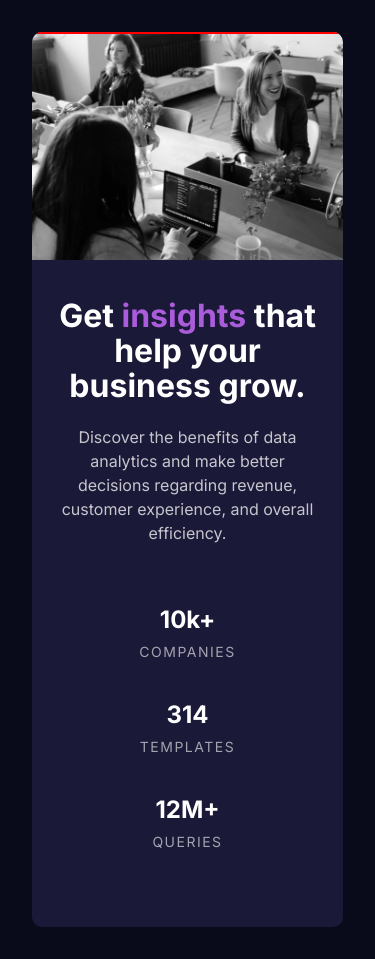
Repository: keisewarsame/stats-preview-frontendmentor
Page: index.html
An editor plug-in stored every save of this project. The page is shown before and after the next save, followed by the edit.
The browser window is 375 px wide. The pictures show the whole page.

Above is the page before, as saved 2022-07-12 14:58:40.

After the next save:
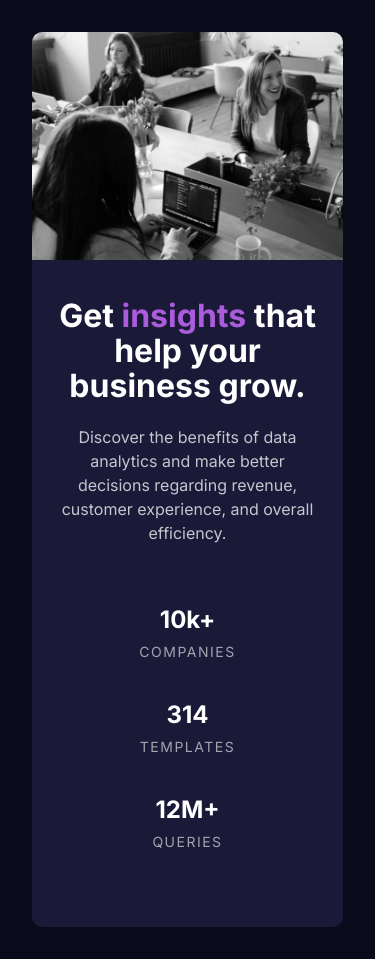
Saved 5 s later.
--- a/styles.css
+++ b/styles.css
@@ -111,18 +111,6 @@ img {
 
     }
 
-    .img-cover {
-        position: absolute;
-        width: 100%;
-        height: 100px
-        top: 0;
-        border: 1px solid red;
-        background-color: red;
-        z-index: 1;
-        box-shadow: ;
-
-    }
-
     .stats-component {
         flex-direction: column;
     }
